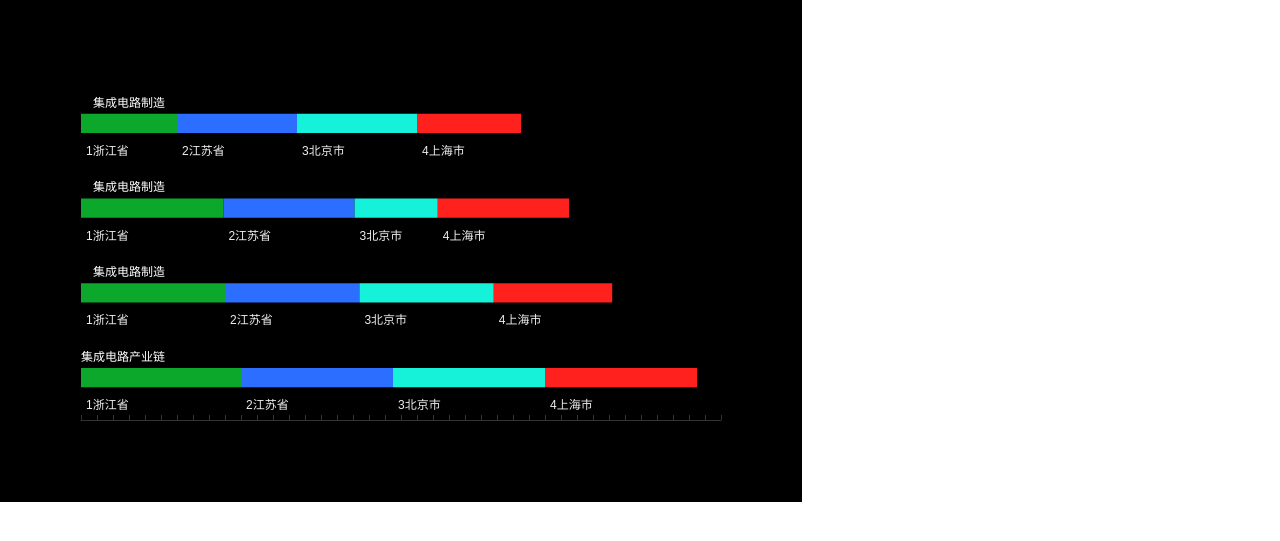
Repository: 572031690/echartproj
Page: /#/test
An editor plug-in stored every save of this project. The page is shown before and after the next save, followed by the edit.
The browser window is 1280 px wide. The pictures show the whole page.
The project was rebuilt for these pictures with package versions that can differ from the ones it lists, and the page was loaded fresh each time. Also part of the build but not shown: vue.config.js, src/components/Seller.vue, src/views/SellerPage.vue, src/utils/theme_utils.js, src/components/Trend.vue, src/views/TrendPage.vue, src/utils/map_utils.js, src/components/Map.vue and 9 more.

Above is the page before, as saved 2021-08-03 12:42:24.

### public/index.html
<!DOCTYPE html>
<html lang="en">
  <head>
    <meta charset="utf-8">
    <meta http-equiv="X-UA-Compatible" content="IE=edge">
    <meta name="viewport" content="width=device-width,initial-scale=1.0">
    <link rel="icon" href="<%= BASE_URL %>favicon.ico">
    <title><%= htmlWebpackPlugin.options.title %></title>
  </head>
  <body>
    <noscript>
      <strong>We're sorry but <%= htmlWebpackPlugin.options.title %> doesn't work properly without JavaScript enabled. Please enable it to continue.</strong>
    </noscript>
    <div id="app"></div>
    <!-- built files will be auto injected -->
    <!-- 一旦通过script标签引入的echarts.js的文件之后呢, window.echarts -->
    <script src="static/lib/echarts.min.js"></script>
    <!-- 引入主题的js文件 -->
    <script src="static/theme/chalk.js"></script>
    <script src="static/theme/vintage.js"></script>
  </body>
</html>

### src/main.js
import Vue from 'vue'
import App from './App.vue'
import router from './router'
import store from './store'
// 引入字体的文件
import './assets/font/iconfont.css'
// 引入全局的样式文件
import './assets/css/global.less'
import axios from 'axios'
import SocketService from './utils/socket_service'

// 调用socket **********
// import SocketService from '@/utils/socket_service'
// 对服务端进行webSocket连接 *********
// SocketService.Instance.connect()
// Vue.prototype.$socket = SocketService.Instance

// 请求基准路径的配置
axios.defaults.baseURL = 'http://127.0.0.1:8888/api/'
// 将axios挂载到Vue的原型对象上
// 在别的组件中 this.$http
Vue.prototype.$http = axios

// 将全局的echarts对象挂载到Vue的原型对象上
// 别的组件中 this.$echarts
Vue.prototype.$echarts = window.echarts

Vue.config.productionTip = false

new Vue({
  router,
  store,
  render: h => h(App)
}).$mount('#app')

### src/App.vue
<template>
  <div id="app">
    <!-- 路由占位符 -->
    <router-view></router-view>
  </div>
</template>

<style lang="less">

</style>

### src/router/index.js
import Vue from 'vue'
import VueRouter from 'vue-router'
import SellerPage from '@/views/SellerPage'
import TrendPage from '@/views/TrendPage'
import MapPage from '@/views/MapPage'
import RankPage from '@/views/RankPage'
import HotPage from '@/views/HotPage'
import StockPage from '@/views/StockPage'
import Test from '../components/Test.vue'
import ScreenPage from '@/views/ScreenPage'

Vue.use(VueRouter)

const routes = [
  {
    path: '/',
    redirect: '/screen'
  },
  {
    path: '/screen',
    component: ScreenPage
  },
  {
    path: '/sellerpage',
    component: SellerPage
  },
  {
    path: '/trendpage',
    component: TrendPage
  },
  {
    path: '/mappage',
    component: MapPage
  },
  {
    path: '/rankpage',
    component: RankPage
  },
  {
    path: '/hotpage',
    component: HotPage
  },
  {
    path: '/stockpage',
    component: StockPage
  },
  {
    path: '/test',
    component: Test
  }

]

const router = new VueRouter({
  routes
})

export default router

### src/store/index.js
import Vue from 'vue'
import Vuex from 'vuex'

Vue.use(Vuex)

export default new Vuex.Store({
  state: {
    theme: 'chalk'
  },
  mutations: {
    changeTheme (state) {
      if(state.theme === 'chalk'){
        state.theme = 'vintage'
      }else{
        state.theme = 'chalk'
      }
    }
  },
  actions: {
  },
  modules: {
  }
})

### src/assets/css/global.less
html, body, #app {
  width: 100%;
  height: 100%;
  padding: 0;
  margin: 0;
  overflow: hidden;
}

.com-page {
  width: 100%;
  height: 100%;
  overflow: hidden;
}

.com-container {
  width: 100%;
  height: 100%;
  overflow: hidden;
  position: relative;
}

.com-chart {
  width: 100%;
  height: 100%;
  overflow: hidden;
}

canvas {
  border-radius: 20px;
}

/*无法选中图片文字方法*/
span,div,img{
  user-select:none;
}

### src/utils/socket_service.js
export default class SocketService {
    // 单例的设计模式
    //如果别人通过get Instance 来的到我的实例对象 那我只会给他返回同一个实例对象
    static instance = null
    static get Instance() {
        if (!this.instance) {
            this.instance = new SocketService()
        }
        return this.instance
    }

    //和服务端连接的socket对象
    ws = null
    //存储回调函数
    callBackMapping = {}
    //定义连接服务器的方法
    connect() {
        //连接服务器
        if (!window.WebSocket) {
            return console.log('你的浏览器不支持WebSocket');
        }
        this.ws = new WebSocket('ws://localhost:9998')

        //连接服务端成功
        this.ws.onopen = () => {
            console.log('连接服务端成功');
        }
        //连接服务端失败
        this.ws.onclose = () => {
            console.log('连接服务端失败');
        }
        //得到服务端发送过来的数据
        this.ws.onmessage = msg => {
            console.log('从服务端获取数据');
            //得到的数据在msg的data里面
            // console.log(msg.data);
            const recvData = JSON.parse(msg.data)
            const socketType = recvData.socketType
            //判断回调函数是否存在
            if(this.callBackMapping[socketType]){
                const action = recvData.action
                if(action === 'getData') {
                    const realData = JSON.parse(recvData.data)
                    this.callBackMapping[socketType]
                }else if( action === 'fullScreen') {

                }else if(action === 'themeChange') {

                }
            }
        }
    }
    //回调函数的注册
    registerCallBack(socketType, callBack) {
        this.callBackMapping[socketType] = callBack
    }
    //取消某一个回调函数
    unRegisterCallBack(socketType) {
        this.callBackMapping[socketType] = null
    }

}

### src/components/Test.vue
<template>
  <div class="line-chart" ref="mybar">
    123
  </div>
</template>

<script>
export default {
  mounted() {
    this.getData()
    this.initChart()
  },
  data() {
    return {
      chartInstance: null,
      seriesData: [100, 120, 140, 90, 90, 80],
      barChart: {
        xAxisData: ['类别1', '类别2', '类别3', '类别4'],
        dataList: []
      },

      chartData1: [
        { rank: 1, name: '浙江省', value: 100 },
        { rank: 1, name: '江苏省', value: 90 },
        { rank: 1, name: '北京市', value: 89 },
        { rank: 1, name: '上海市', value: 60 }
      ],
      chartData2: [
        { rank: 2, name: '浙江省', value: 95 },
        { rank: 2, name: '江苏省', value: 84 },
        { rank: 2, name: '北京市', value: 82 },
        { rank: 2, name: '上海市', value: 75 }

      ],
      chartData3: [
        { rank: 3, name: '浙江省', value: 95 },
        { rank: 3, name: '江苏省', value: 84 },
        { rank: 3, name: '北京市', value: 52 },
        { rank: 3, name: '上海市', value: 75 }

      ],
      chartData4: [
        { rank: 4, name: '浙江省', value: 95 },
        { rank: 4, name: '江苏省', value: 74 },
        { rank: 4, name: '北京市', value: 82 },
        { rank: 4, name: '上海市', value: 65 }

      ],
      chartData5: [
        { rank: 5, name: '浙江省', value: 85.5 },
        { rank: 5, name: '江苏省', value: 44 },
        { rank: 5, name: '北京市', value: 72 },
        { rank: 5, name: '上海市', value: 75 }

      ],
      yAxisData: ['集成电路产业链', '集成电路制造', '集成电路制造', '集成电路制造']
    }
  },
  methods: {
    initChart() {
      const colorArr1 = [
        'rgba(11, 168, 44)',
        'rgba(44, 110, 255)',
        'rgba(22, 242, 217)',
        'rgba(254, 33, 30)',
        'rgba(250, 105, 0)'
      ]
      const ChartsData = [
        {
          name: '第一列',
          data: this.chartData1
        },
        {
          name: '第一列',
          data: this.chartData2
        },
        {
          name: '第一列',
          data: this.chartData3
        },
        {
          name: '第一列',
          data: this.chartData4
        },
        {
          name: '第一列',
          data: this.chartData5
        }
      ]
      var serises = ChartsData.map((item, index) => {
        if (item.data[index]) {
          return {
            name: item.data[index].name,
            stack: '类1',
            barWidth: '23%', // 宽度
            itemStyle: {
              color: arg => {
                return colorArr1[arg.componentIndex]
              },
              emphasis: { // 鼠标悬浮后的样式变化
                borderWidth: 5,
                borderType: 'solid',
                color: colorArr1[index],
                borderColor: colorArr1[index]
              }
            },
            data: [item.data[0].value, item.data[1].value, item.data[2].value, item.data[3].value],
            type: 'bar',
            label: {
              show: true,
              position: [5, 32],
              textStyle: {
                color: '#eee',
                fontSize: 12
              },
              formatter: arg => {
                return arg.seriesIndex + 1 + '' + item.data[index].name
              }
            }
          }
        }
      })
      // console.log(serises)
      const chartInstance = this.$echarts.init(this.$refs.mybar)
      const option = {
        tooltip: { // 设置鼠标悬浮提示框
          formatter: arg => {
            console.log(arg, '1111111111')
            return arg.seriesName + ' ' + arg.value
          },
          backgroundColor: '#343c55',
          borderColor: '#3c455a'
        },
        grid: [
          {
            top: 80,
            bottom: 81
          }
        ],
        xAxis: [
          {
            type: 'value',
            // gridIndex: 0,
            axisLabel: {
              // 刻度标签文字
              show: false
            },
            splitLine: {
              show: false
              // x轴横线

            },
            axisLine: {
              // 设置轴线
              show: true
            },
            axisTick: {
              show: true, // 是否显示坐标轴刻度。
              inside: true, // 让坐标轴刻度朝内 默认是false朝外
              length: 5 // 坐标轴刻度线的长度。
            },
            interval: 10 // 强制设置坐标轴刻度间隔值
          }
        ],
        yAxis: [
          {
            type: 'category',
            data: this.yAxisData,
            // gridIndex: 0, // x 轴所在的 grid 的索引，默认位于第一个 grid。
            axisLabel: {
              color: '#fff', // 刻度标签文字的颜色
              padding: [0, 0, 40, 0]
            },
            offset: -92, // 设置x轴的偏移 -92是向上 但是得配合onZero: false,使用 不然负数不会生效
            axisLine: {
              onZero: false,
              // 设置轴线
              show: false
            },
            axisTick: {
              show: false // 是否显示坐标轴刻度。
            }
          }
        ],
        series: serises
      }
      chartInstance.setOption(option)
    },
    getData() {
      let sum = 0
      this.seriesData.forEach(item => (sum += item))
      const aver = sum / this.seriesData.length
      // console.log(aver)
      this.barChart.dataList[0] = this.seriesData.map(item => {
        if (item > aver) return item - aver
        else return 0
      })
      this.barChart.dataList[1] = this.seriesData.map(item => {
        if (item > aver) return aver
        else return item
      })
      // console.log(this.barChart.dataList)
    }
  }
}
</script>

<style>
.line-chart {
  width: 800px;
  height: 500px;
  border: 1px solid black;
  background: #000;
}
</style>

### public/static/theme/vintage.js
(function (root, factory) {
    if (typeof define === 'function' && define.amd) {
        // AMD. Register as an anonymous module.
        define(['exports', 'echarts'], factory);
    } else if (typeof exports === 'object' && typeof exports.nodeName !== 'string') {
        // CommonJS
        factory(exports, require('echarts'));
    } else {
        // Browser globals
        factory({}, root.echarts);
    }
}(this, function (exports, echarts) {
    var log = function (msg) {
        if (typeof console !== 'undefined') {
            console && console.error && console.error(msg);
        }
    };
    if (!echarts) {
        log('ECharts is not Loaded');
        return;
    }
    echarts.registerTheme('vintage', {
        "color": [
            '#0ba82c',
            '#2c6eff',
            '#16f2d9',
            '#fe211e',
            '#fa6900',
            "#eedd78",
            "#73a373",
            "#73b9bc",
            "#7289ab",
            "#91ca8c",
            "#f49f42"
        ],
        "backgroundColor": "#ffffff",
        "textStyle": {},
        "title": {
            "textStyle": {
                "color": "#333333"
            },
            "subtextStyle": {
                "color": "#aaa"
            }
        },
        "line": {
            "itemStyle": {
                "normal": {
                    "borderWidth": "4"
                }
            },
            "lineStyle": {
                "normal": {
                    "width": "3"
                }
            },
            "symbolSize": "0",
            "symbol": "circle",
            "smooth": true
        },
        "radar": {
            "itemStyle": {
                "normal": {
                    "borderWidth": 1
                }
            },
            "lineStyle": {
                "normal": {
                    "width": 2
                }
            },
            "symbolSize": 4,
            "symbol": "emptyCircle",
            "smooth": false
        },
        "bar": {
            "itemStyle": {
                "normal": {
                    "barBorderWidth": 0,
                    "barBorderColor": "#ccc"
                },
                "emphasis": {
                    "barBorderWidth": 0,
                    "barBorderColor": "#ccc"
                }
            }
        },
        "pie": {
            "itemStyle": {
                "normal": {
                    "borderWidth": 0,
                    "borderColor": "#ccc"
                },
                "emphasis": {
                    "borderWidth": 0,
                    "borderColor": "#ccc"
                }
            }
        },
        "scatter": {
            "itemStyle": {
                "normal": {
                    "borderWidth": 0,
                    "borderColor": "#ccc"
                },
                "emphasis": {
                    "borderWidth": 0,
                    "borderColor": "#ccc"
                }
            }
        },
        "boxplot": {
            "itemStyle": {
                "normal": {
                    "borderWidth": 0,
                    "borderColor": "#ccc"
                },
                "emphasis": {
                    "borderWidth": 0,
                    "borderColor": "#ccc"
                }
            }
        },
        "parallel": {
            "itemStyle": {
                "normal": {
                    "borderWidth": 0,
                    "borderColor": "#ccc"
                },
                "emphasis": {
                    "borderWidth": 0,
                    "borderColor": "#ccc"
                }
            }
        },
        "sankey": {
            "itemStyle": {
                "normal": {
                    "borderWidth": 0,
                    "borderColor": "#ccc"
                },
                "emphasis": {
                    "borderWidth": 0,
                    "borderColor": "#ccc"
                }
            }
        },
        "funnel": {
            "itemStyle": {
                "normal": {
                    "borderWidth": 0,
                    "borderColor": "#ccc"
                },
                "emphasis": {
                    "borderWidth": 0,
                    "borderColor": "#ccc"
                }
            }
        },
        "gauge": {
            "itemStyle": {
                "normal": {
                    "borderWidth": 0,
                    "borderColor": "#ccc"
                },
                "emphasis": {
                    "borderWidth": 0,
                    "borderColor": "#ccc"
                }
            }
        },
        "candlestick": {
            "itemStyle": {
                "normal": {
                    "color": "#c23531",
                    "color0": "#314656",
                    "borderColor": "#c23531",
                    "borderColor0": "#314656",
                    "borderWidth": 1
                }
            }
        },
        "graph": {
            "itemStyle": {
                "normal": {
                    "borderWidth": 0,
                    "borderColor": "#ccc"
                }
            },
            "lineStyle": {
                "normal": {
                    "width": 1,
                    "color": "#aaa"
                }
            },
            "symbolSize": 4,
            "symbol": "emptyCircle",
            "smooth": false,
            "color": [
                "#d87c7c",
                "#919e8b",
                "#d7ab82",
                "#6e7074",
                "#61a0a8",
                "#efa18d",
                "#787464",
                "#cc7e63",
                "#724e58",
                "#4b565b"
            ],
            "label": {
                "normal": {
                    "textStyle": {
                        "color": "#eee"
                    }
                }
            }
        },
        "map": {
            "itemStyle": {
                "normal": {
                    "areaColor": "#eeeeee",
                    "borderColor": "#444444",
                    "borderWidth": 0.5
                },
                "emphasis": {
                    "areaColor": "rgba(255,215,0,0.8)",
                    "borderColor": "#444444",
                    "borderWidth": 1
                }
            },
            "label": {
                "normal": {
                    "textStyle": {
                        "color": "#000000"
                    }
                },
                "emphasis": {
                    "textStyle": {
                        "color": "rgb(100,0,0)"
                    }
                }
            }
        },
        "geo": {
            "itemStyle": {
                "normal": {
                    "areaColor": "#eeeeee",
                    "borderColor": "#444444",
                    "borderWidth": 0.5
                },
                "emphasis": {
                    "areaColor": "rgba(255,215,0,0.8)",
                    "borderColor": "#444444",
                    "borderWidth": 1
                }
            },
            "label": {
                "normal": {
                    "textStyle": {
                        "color": "#000000"
                    }
                },
                "emphasis": {
                    "textStyle": {
                        "color": "rgb(100,0,0)"
                    }
                }
            }
        },
        "categoryAxis": {
            "axisLine": {
                "show": true,
                "lineStyle": {
                    "color": "#333"
                }
            },
            "axisTick": {
                "show": true,
                "lineStyle": {
                    "color": "#333"
                }
            },
            "axisLabel": {
                "show": true,
                "textStyle": {
                    "color": "#999"
                }
            },
            "splitLine": {
                "show": false,
                "lineStyle": {
                    "color": [
                        "#ccc"
                    ]
                }
            },
            "splitArea": {
                "show": false,
                "areaStyle": {
                    "color": [
                        "rgba(250,250,250,0.3)",
                        "rgba(200,200,200,0.3)"
                    ]
                }
            }
        },
        "valueAxis": {
            "axisLine": {
                "show": true,
                "lineStyle": {
                    "color": "#666666"
                }
            },
            "axisTick": {
                "show": false,
                "lineStyle": {
                    "color": "#333"
                }
            },
            "axisLabel": {
                "show": true,
                "textStyle": {
                    "color": "#aaaaaa"
                }
            },
            "splitLine": {
                "show": false,
                "lineStyle": {
                    "color": [
                        "#e6e6e6"
                    ]
                }
            },
            "splitArea": {
                "show": false,
                "areaStyle": {
                    "color": [
                        "rgba(250,250,250,0.05)",
                        "rgba(200,200,200,0.02)"
                    ]
                }
            }
        },
        "logAxis": {
            "axisLine": {
                "show": true,
                "lineStyle": {
                    "color": "#333"
                }
            },
            "axisTick": {
                "show": true,
                "lineStyle": {
                    "color": "#333"
                }
            },
            "axisLabel": {
                "show": true,
                "textStyle": {
                    "color": "#333"
                }
            },
            "splitLine": {
                "show": true,
                "lineStyle": {
                    "color": [
                        "#ccc"
                    ]
                }
            },
            "splitArea": {
                "show": false,
                "areaStyle": {
                    "color": [
                        "rgba(250,250,250,0.3)",
                        "rgba(200,200,200,0.3)"
                    ]
                }
            }
        },
        "timeAxis": {
            "axisLine": {
                "show": true,
                "lineStyle": {
                    "color": "#333"
                }
            },
            "axisTick": {
                "show": true,
                "lineStyle": {
                    "color": "#333"
                }
            },
            "axisLabel": {
                "show": true,
                "textStyle": {
                    "color": "#333"
                }
            },
            "splitLine": {
                "show": true,
                "lineStyle": {
                    "color": [
                        "#ccc"
                    ]
                }
            },
            "splitArea": {
                "show": false,
                "areaStyle": {
                    "color": [
                        "rgba(250,250,250,0.3)",
                        "rgba(200,200,200,0.3)"
                    ]
                }
            }
        },
        "toolbox": {
            "iconStyle": {
                "normal": {
                    "borderColor": "#999999"
                },
                "emphasis": {
                    "borderColor": "#666666"
                }
            }
        },
        "legend": {
            "textStyle": {
                "color": "#333333"
            }
        },
        "tooltip": {
            "axisPointer": {
                "lineStyle": {
                    "color": "#cccccc",
                    "width": 1
                },
                "crossStyle": {
                    "color": "#cccccc",
                    "width": 1
                }
            }
        },
        "timeline": {
            "lineStyle": {
                "color": "#293c55",
                "width": 1
            },
            "itemStyle": {
                "normal": {
                    "color": "#293c55",
                    "borderWidth": 1
                },
                "emphasis": {
                    "color": "#a9334c"
                }
            },
            "controlStyle": {
                "normal": {
                    "color": "#293c55",
                    "borderColor": "#293c55",
                    "borderWidth": 0.5
                },
                "emphasis": {
                    "color": "#293c55",
                    "borderColor": "#293c55",
                    "borderWidth": 0.5
                }
            },
            "checkpointStyle": {
                "color": "#e43c59",
                "borderColor": "rgba(194,53,49,0.5)"
            },
            "label": {
                "normal": {
                    "textStyle": {
                        "color": "#293c55"
                    }
                },
                "emphasis": {
                    "textStyle": {
                        "color": "#293c55"
                    }
                }
            }
        },
        "visualMap": {
            "color": [
                "#bf444c",
                "#d88273",
                "#f6efa6"
            ]
        },
        "dataZoom": {
            "backgroundColor": "rgba(47,69,84,0)",
            "dataBackgroundColor": "rgba(47,69,84,0.3)",
            "fillerColor": "rgba(167,183,204,0.4)",
            "handleColor": "#a7b7cc",
            "handleSize": "100%",
            "textStyle": {
                "color": "#333333"
            }
        },
        "markPoint": {
            "label": {
                "normal": {
                    "textStyle": {
                        "color": "#eee"
                    }
                },
                "emphasis": {
                    "textStyle": {
                        "color": "#eee"
                    }
                }
            }
        }
    });
}));

Loaded but not shown: src/assets/font/iconfont.css (common file); public/static/lib/echarts.min.js (library); public/static/theme/chalk.js (521 lines, source omitted)

After the next save:
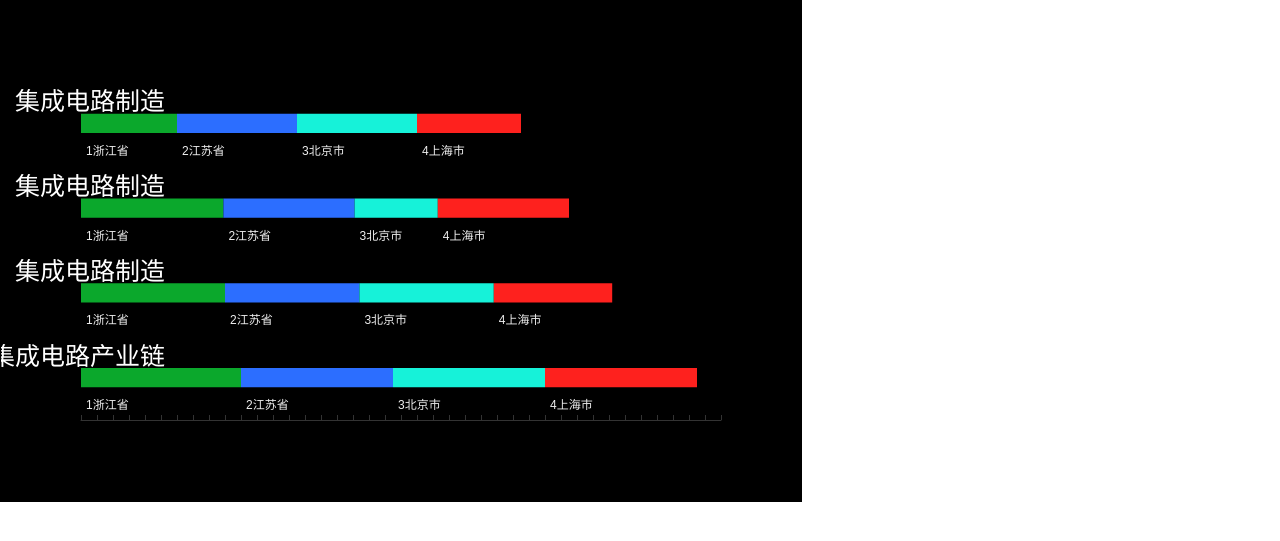
Saved 106 s later.
--- a/src/components/Test.vue
+++ b/src/components/Test.vue
@@ -169,7 +169,10 @@ export default {
             // gridIndex: 0, // x 轴所在的 grid 的索引，默认位于第一个 grid。
             axisLabel: {
               color: '#fff', // 刻度标签文字的颜色
-              padding: [0, 0, 40, 0]
+              padding: [0, 0, 40, 0],
+              textStyle: {
+                fontSize: 25
+              }
             },
             offset: -92, // 设置x轴的偏移 -92是向上 但是得配合onZero: false,使用 不然负数不会生效
             axisLine: {
